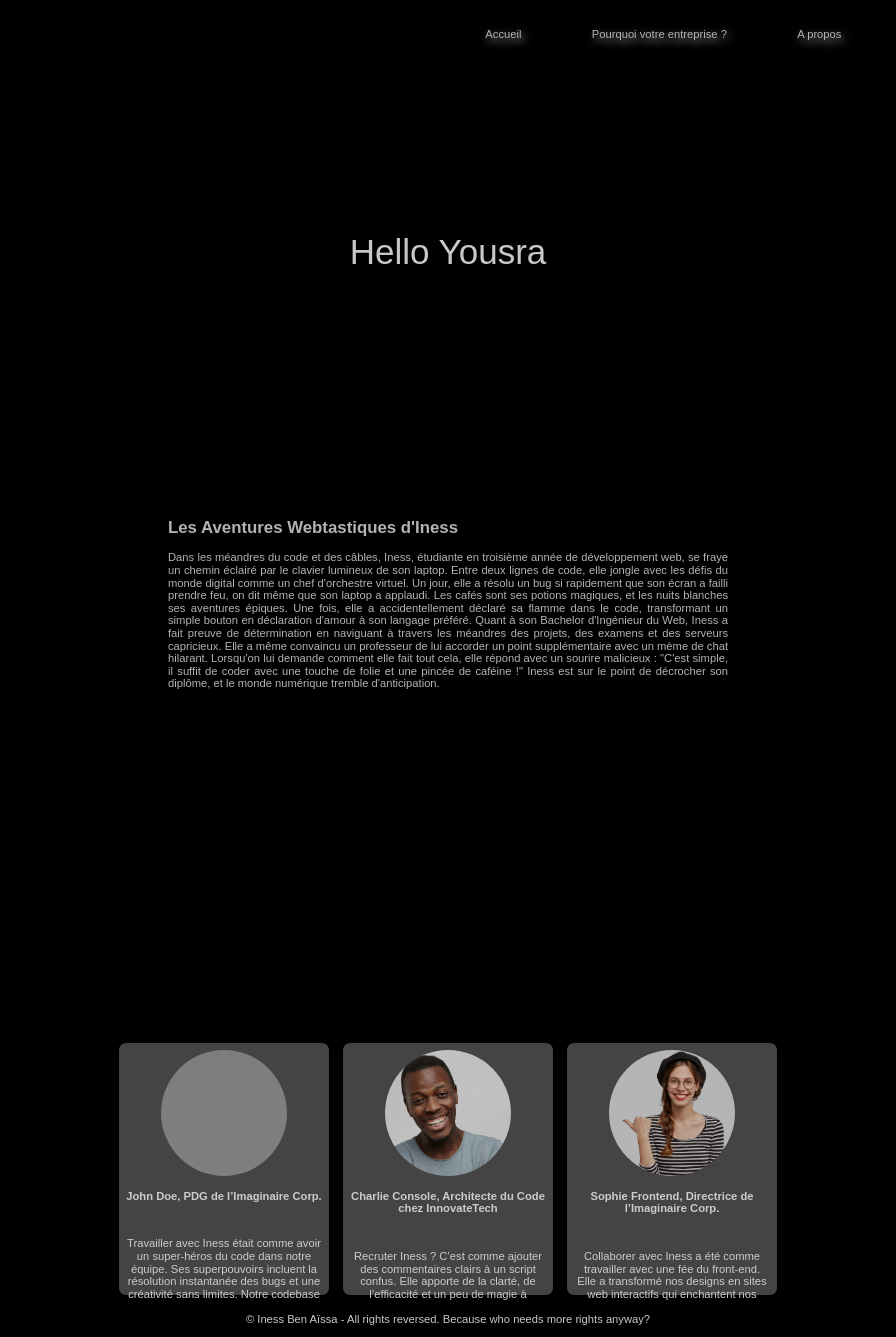
Repository: inessben/application
Page: index.html
An editor plug-in stored every save of this project. The page is shown before and after the next save, followed by the edit.
The browser window is 1280 px wide. The pictures show the whole page, at 70% of full size.
Pictures or frames that could not be fetched are drawn as grey boxes.

Above is the page before, as saved 2023-12-03 20:50:17.

### index.html
<!DOCTYPE html>
<html lang="en">
<head>
    <meta charset="UTF-8">
    <meta name="viewport" content="width=device-width, initial-scale=1.0">
    <!-- generate the icon -->
    <link rel="apple-touch-icon" sizes="180x180" href="/favicon/apple-touch-icon.png">
    <link rel="icon" type="image/png" sizes="32x32" href="/favicon/favicon-32x32.png">
    <link rel="icon" type="image/png" sizes="16x16" href="/favicon/favicon-16x16.png">
    <link rel="manifest" href="/favicon/site.webmanifest">
    <link rel="mask-icon" href="/favicon/safari-pinned-tab.svg" color="#5bbad5">
    <meta name="msapplication-TileColor" content="#da532c">
    <!--  -->
    <meta name="theme-color" content="#333333">
    <title>#slowlyApplication</title>
    <link rel="stylesheet" href="index.css">
</head>
<body>

    <section id="nav-header">
        <header class="nav-links">
            <a href="./index.html" class="link">Accueil</a>
            <a href="./company/company.html" class="link">Pourquoi votre entreprise ?</a>
            <a href="./about/about.html" class="link">A propos</a>
        </header>
    </section>

    <section id="interactive-section">
    <p id="text-content">Hello Yousra</p>
    </section>

    <section id="main-content">
        <h1>Les Aventures Webtastiques d'Iness</h1>
        <p>Dans les méandres du code et des câbles, Iness, étudiante en troisième année de développement web, se fraye un chemin éclairé par le clavier lumineux de son laptop. Entre deux lignes de code, elle jongle avec les défis du monde digital comme un chef d'orchestre virtuel. Un jour, elle a résolu un bug si rapidement que son écran a failli prendre feu, on dit même que son laptop a applaudi. Les cafés sont ses potions magiques, et les nuits blanches ses aventures épiques. Une fois, elle a accidentellement déclaré sa flamme dans le code, transformant un simple bouton en déclaration d'amour à son langage préféré.
        Quant à son Bachelor d'Ingénieur du Web, Iness a fait preuve de détermination en naviguant à travers les méandres des projets, des examens et des serveurs capricieux. Elle a même convaincu un professeur de lui accorder un point supplémentaire avec un mème de chat hilarant. Lorsqu'on lui demande comment elle fait tout cela, elle répond avec un sourire malicieux : "C'est simple, il suffit de coder avec une touche de folie et une pincée de caféine !" Iness est sur le point de décrocher son diplôme, et le monde numérique tremble d'anticipation.</p>
    </section>

    <section id="carousel-container">
        <section id="testimonial1">
            <img src="/images/1.jpg">
            <p><strong>John Doe, PDG de l’Imaginaire Corp.</strong></p>
            <br>
            <p>Travailler avec Iness était comme avoir un super-héros du code dans notre équipe. Ses superpouvoirs incluent la résolution instantanée des bugs et une créativité sans limites. Notre codebase n’a jamais été aussi heureuse !</p>
        </section>

        <section id="testimonial2">
            <img src="/images/2.jpg">
            <p><strong>Charlie Console, Architecte du Code chez InnovateTech</strong></p>
            <br>
            <p>Recruter Iness ? C’est comme ajouter des commentaires clairs à un script confus. Elle apporte de la clarté, de l’efficacité et un peu de magie à chaque ligne de code !</p>
        </section>

        <section id="testimonial3">
            <img src="/images/3.jpg">
            <p><strong>Sophie Frontend, Directrice de l’Imaginaire Corp.</strong></p>
            <br>
            <p>Collaborer avec Iness a été comme travailler avec une fée du front-end. Elle a transformé nos designs en sites web interactifs qui enchantent nos utilisateurs !</p>
        </section>
        </section>

        <footer>
            <p>© Iness Ben Aïssa - All rights reversed. Because who needs more rights anyway?</p>
        </footer>


    <script src="script.js"></script>
</body>
</html>

### index.css
body {
    margin: 0;
    /* overflow: hidden; */
    font-family: 'Arial', sans-serif;
    background-color: #000000;
    color: #c8c8c8;
    padding: 0;
}

#nav-header {
    position: absolute;
    top: 30px;
    right: 20px;
    font-size: 16px;
    font-weight: 500;
    padding: 10px;
}

.link {
    filter: drop-shadow(4px 5px 6px #b2b1b1);
    padding: 8px;
    text-decoration: none;
    color: #b3b3b3;
    margin: auto 40px;
}

.link:hover {
    opacity: 0.7;
}

#interactive-section {
    height: 100vh;
    font-size: 50px;
    display: flex;
    align-items: center;
    justify-content: center;
    background-color: #000000;
    transition: opacity 0.5s ease-in-out;
}

#main-content {
    height: 100vh;
    color: #b3b3b3;
    max-width: 800px;
    margin: 20px auto;
    text-align: justify;
    padding: 0 20px;
    transition: opacity 0.5s ease-in-out;
}


#carousel-container {
    display: flex;
    align-items: center;
    justify-content: center;
    display: flex;
    overflow-x: auto;
    }

img{
    border-radius: 100px;
    width: 180px;
    height: 180px;
}

#testimonial1,
#testimonial2,
#testimonial3{
    height: 50vh;
    width: 300px;
    background: #565656;
    border-radius: 20px;
    margin: 10px;
    padding: 10px;
    box-sizing: border-box;
    color: #fff;
    border-radius: 10px;
    text-align: center;
    opacity: 0.8;
    }

footer{
    display: flex;
    align-items: center;
    justify-content: center;
}

### script.js
const textContent = document.getElementById('text-content')
const interactiveSection = document.getElementById('interactive-section')
const mainContent = document.getElementById('main-content')
const h1Element = document.querySelector('#main-content h1')
const pElement = document.querySelector('#main-content p')

document.addEventListener('keydown', function (event) {
    if (event.code === 'Space') {
        switch (textContent.innerText) {
            case 'Hello Yousra':
                textContent.innerText = 'Hello Yasmine'
                break
            case 'Hello Yasmine':
                textContent.innerText = 'Hello Chi Khanh'
                break
            case 'Hello Chi Khanh':
                textContent.innerText = '...Or anyone else from the team'
                break
            case '...Or anyone else from the team':
                textContent.innerText = 'Let me present you...'
                break
            default:
                console.log('mainContent')
                interactiveSection.style.opacity = '0'
                interactiveSection.style.pointerEvents = 'none'
                // mainContent.classList.add('display')
                break
        }

        setTimeout(() => {
            mainContent.style.opacity = '1'
            h1Element.style.opacity = '1'
            pElement.style.opacity = '1'
        }, 300) // Ajustez le délai si nécessaire
    }
});

After the next save:
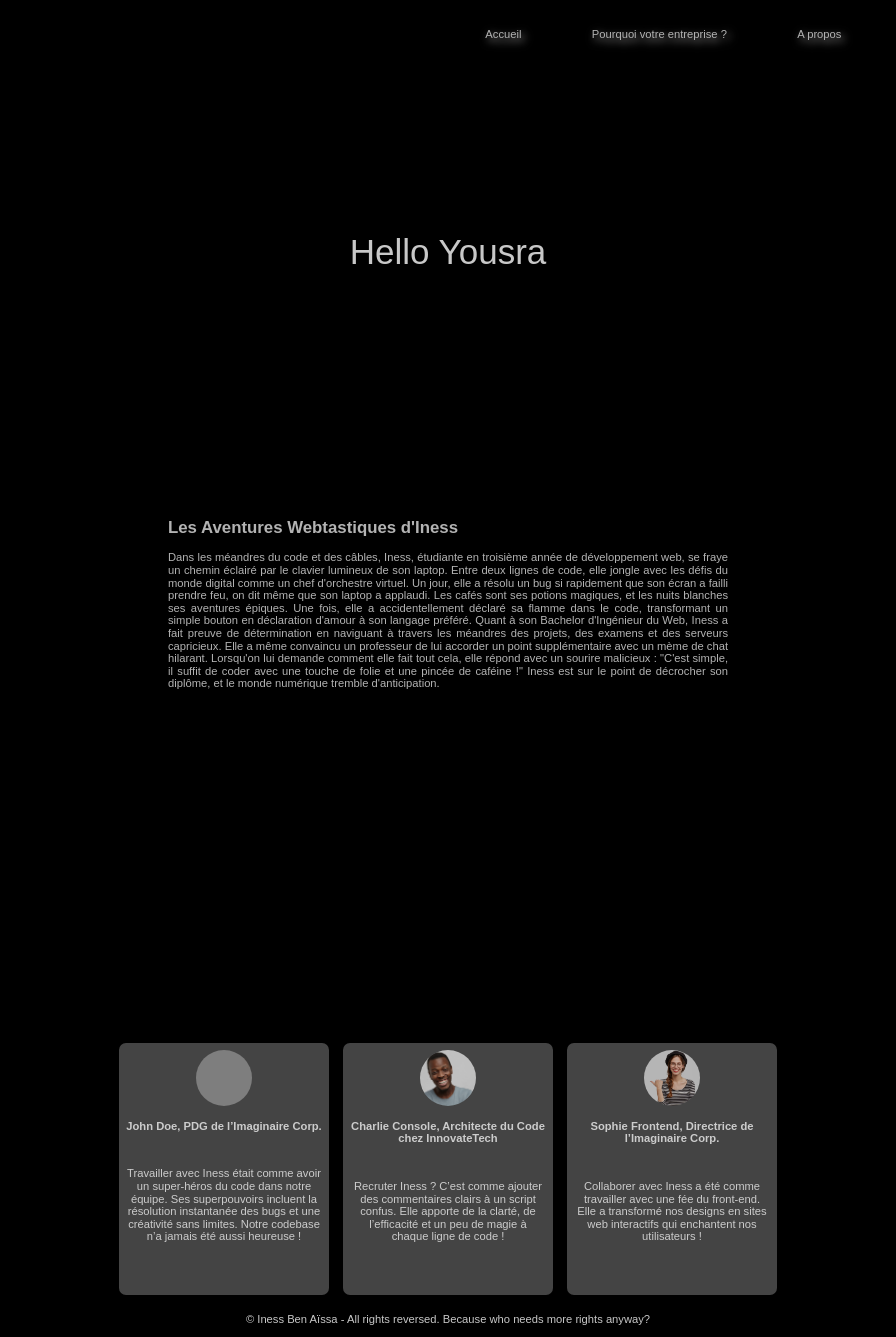
Saved 31 s later.
--- a/index.css
+++ b/index.css
@@ -59,8 +59,8 @@
 
 img{
     border-radius: 100px;
-    width: 180px;
-    height: 180px;
+    width: 80px;
+    height: 80px;
 }
 
 #testimonial1,

After the save that followed:
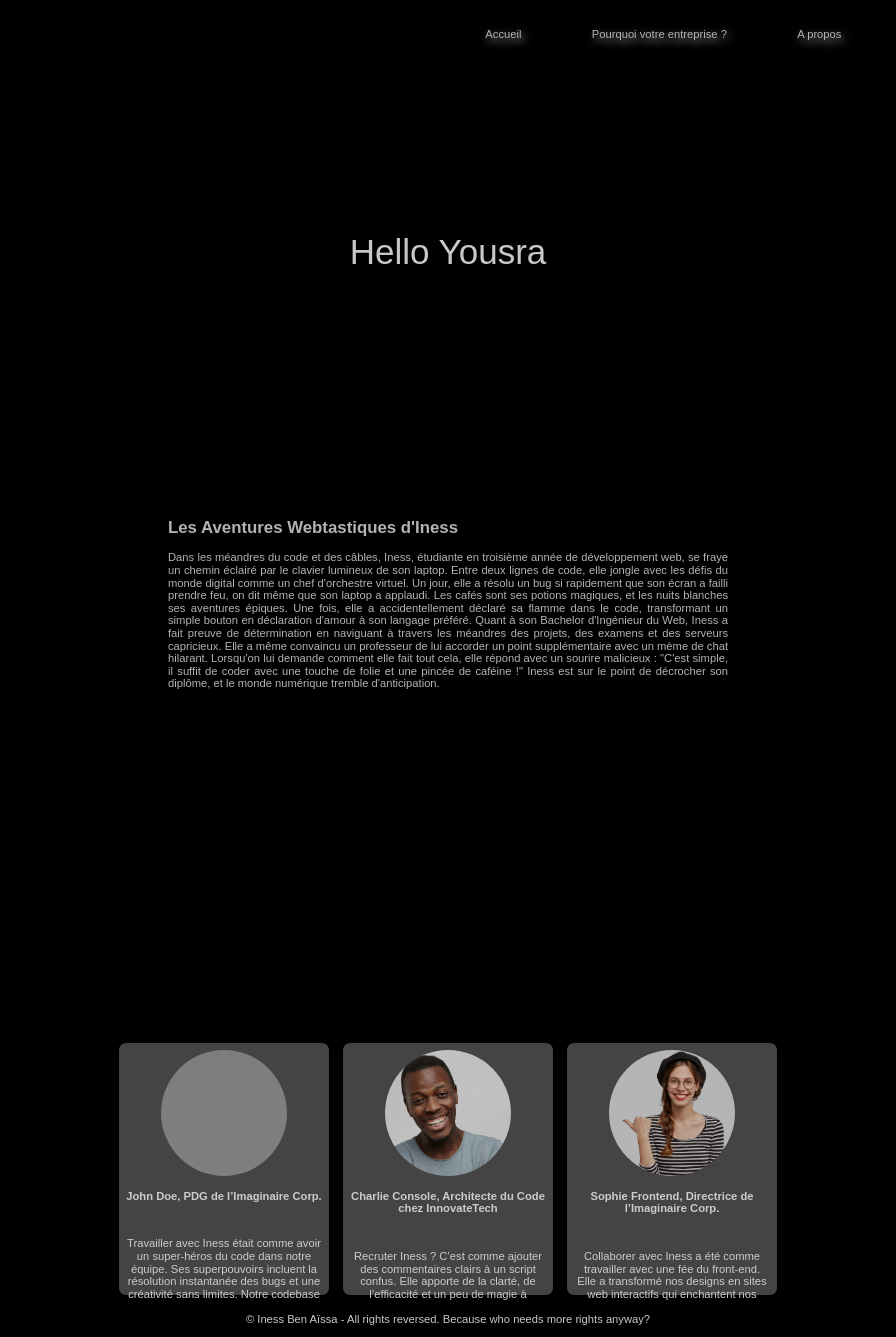
Saved 12 s later.
--- a/index.css
+++ b/index.css
@@ -58,9 +58,9 @@
     }
 
 img{
-    border-radius: 100px;
-    width: 80px;
-    height: 80px;
+    border-radius: 180px;
+    width: 180px;
+    height: 180px;
 }
 
 #testimonial1,
